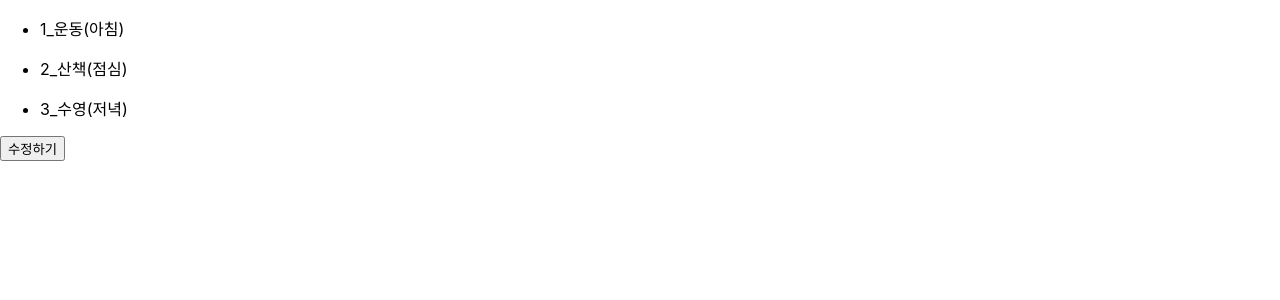
Repository: 0gunkim/REACT-TODO-PRAC
Page: / (app in todo/)
The author's editor kept a copy of each file at every save. The page is drawn from the files as they stood at one save, then again after the next save.
The browser window is 1280 px wide. The pictures show the whole page.
The project was rebuilt for these pictures with package versions that can differ from the ones it lists, and the page was loaded fresh each time.

Above is the page before, as saved 2023-01-04 14:52:27.

### todo/src/App.js
import TodoList from "./pages/TodoList";


function App() {
  return (
    <div className="App">
   <TodoList></TodoList>
    </div>
  );
}

export default App;

### todo/src/pages/TodoList.jsx
import React from 'react';
import { useState } from 'react';
import { initialTodo } from '../util/initialTodo';
import { AddButton } from '../components/AddButton';
import { EditButton } from '../components/EditButton';

export default function TodoList() {
    const [todo, setTodo] = useState(initialTodo)
    console.log(todo)
    return (
        <div>
            {todo.map((list)=>{
                return(
                <div key={list.id}>
                    <ul>
                        <li>{list.id}_{list.title}({list.time})</li>
                    </ul>
                </div>

                )})}
                {/* <AddButton todo={todo} setTodo={setTodo} /> */}
                <EditButton todo={todo} setTodo={setTodo} />
        </div>
    );
}

### todo/src/util/initialTodo.js
export const initialTodo = [
{
    id: 1,
    title: '운동',
    time: '아침',
},
{
    id: 2,
    title: '산책',
    time: '점심',
},
{
    id: 3,
    title: '수영',
    time: '저녁',
},
]

### todo/src/components/EditButton.jsx
import React from 'react';

export const EditButton = (props) => {
    const editHandlerButton = () => {
        const {todo, setTodo} = props;
        const editId = prompt(`수정하고싶은 번호 입력`);
        const current = prompt(`수정하고싶은 일을 적어주세요`);
        setTodo(todo => (todo.map((i) => {
            console.log(i)
            if(i.id === editId){
                return [...i, {title: current}]
            }
        })))
    };
    return(
        <div>
            <button onClick={editHandlerButton}>수정하기</button>
        </div>
    );
};

### todo/src/components/AddButton.jsx
import React from 'react';

export const AddButton = (props) => {
    const {todo, setTodo} = props;
    console.log(todo)
    const addHandlerButton = () => {
        const ff = prompt(`오늘의 할일은?`);
        const time = prompt(`아침? 점심? 저녁? 언제?`);
        setTodo(() => (
            [...todo, {title: ff, time}]
        ))
    };
    return(
        <div>
        <button onClick={addHandlerButton}>추가</button>
        </div>
    );
};

Loaded but not shown: todo/public/index.html (common file); todo/src/index.js (common file); todo/src/index.css (common file); todo/src/reportWebVitals.js (common file)

After the next save:
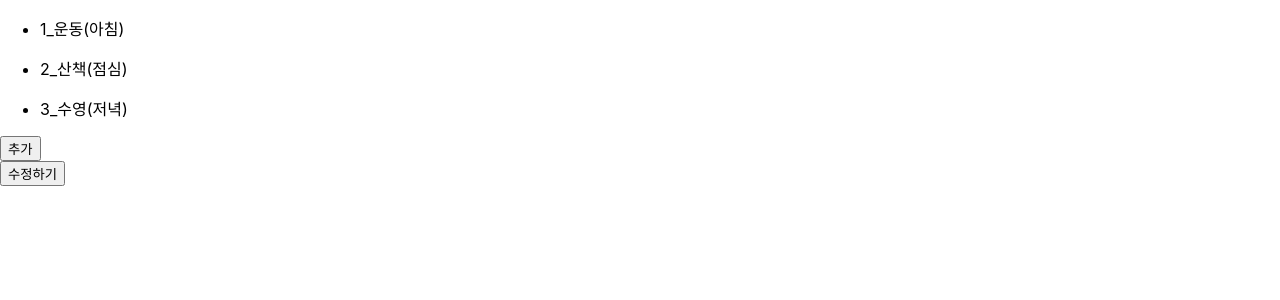
Saved 31 s later.
--- a/todo/src/pages/TodoList.jsx
+++ b/todo/src/pages/TodoList.jsx
@@ -18,7 +18,7 @@ export default function TodoList() {
                 </div>
 
                 )})}
-                {/* <AddButton todo={todo} setTodo={setTodo} /> */}
+                <AddButton todo={todo} setTodo={setTodo} />
                 <EditButton todo={todo} setTodo={setTodo} />
         </div>
     );
